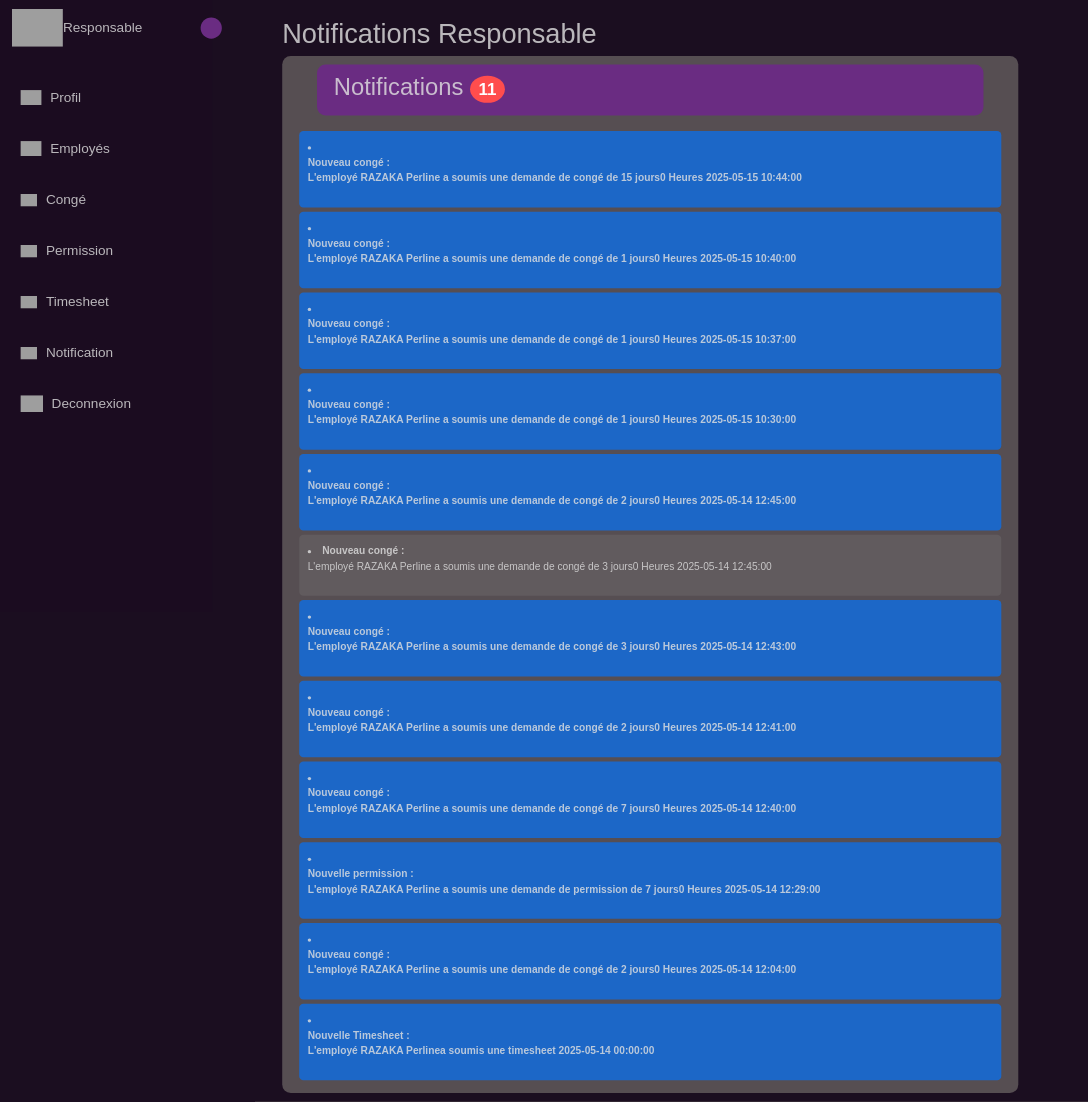
Repository: Fandresena19/Gestion-employe
Page: http://localhost/phpmailer/Assets/responsable/vue/notification_resp.php
The author's editor kept a copy of each file at every save. The page is drawn from the files as they stood at one save, then again after the next save.
The browser window is 1280 px wide. The pictures show the whole page, at 85% of full size.
Pictures or frames that could not be fetched are drawn as grey boxes. Some web fonts or font styles are not loaded; a fallback is used. The page is run by PHP 8.4 with error messages shown; the project is at /var/www/html/. The database holds what the project's SQL file puts in it.

Above is the page before, as saved 2025-05-12 16:47:57.
Console error: TypeError: this.querySelector is not a function

After the next save:
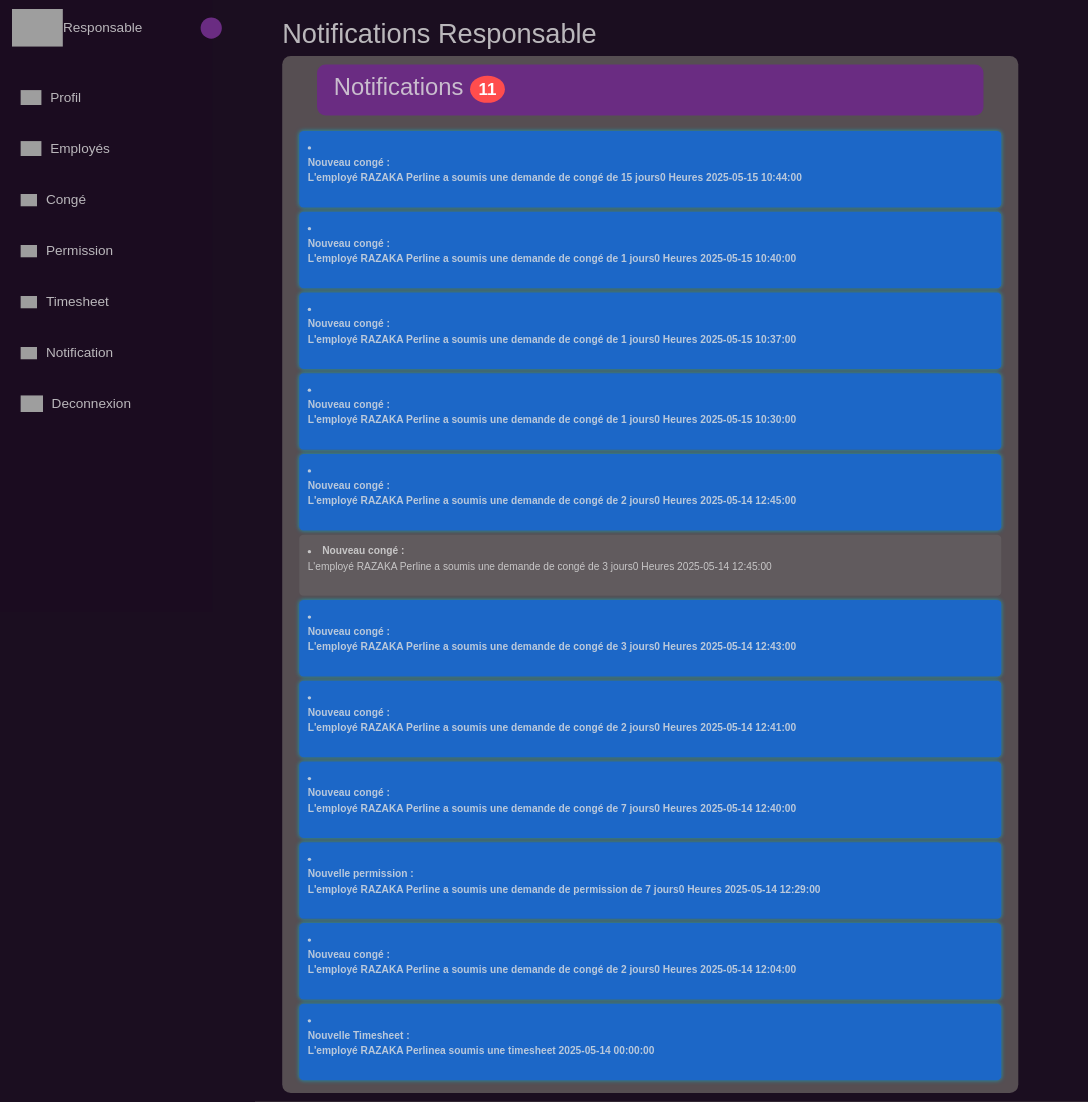
Saved 7 s later.
--- a/Assets/responsable/vue/notification_resp.php
+++ b/Assets/responsable/vue/notification_resp.php
@@ -34,7 +34,7 @@ $notification_count = $statement->fetchColumn();
       font-size: 12px;
       font-weight: bolder;
       background-color:rgba(0, 115, 255, 0.68);
-      box-shadow: #17a2b8
+      box-shadow: #17a2b8 0px 0px 5px;
     }
 
     .lu {
